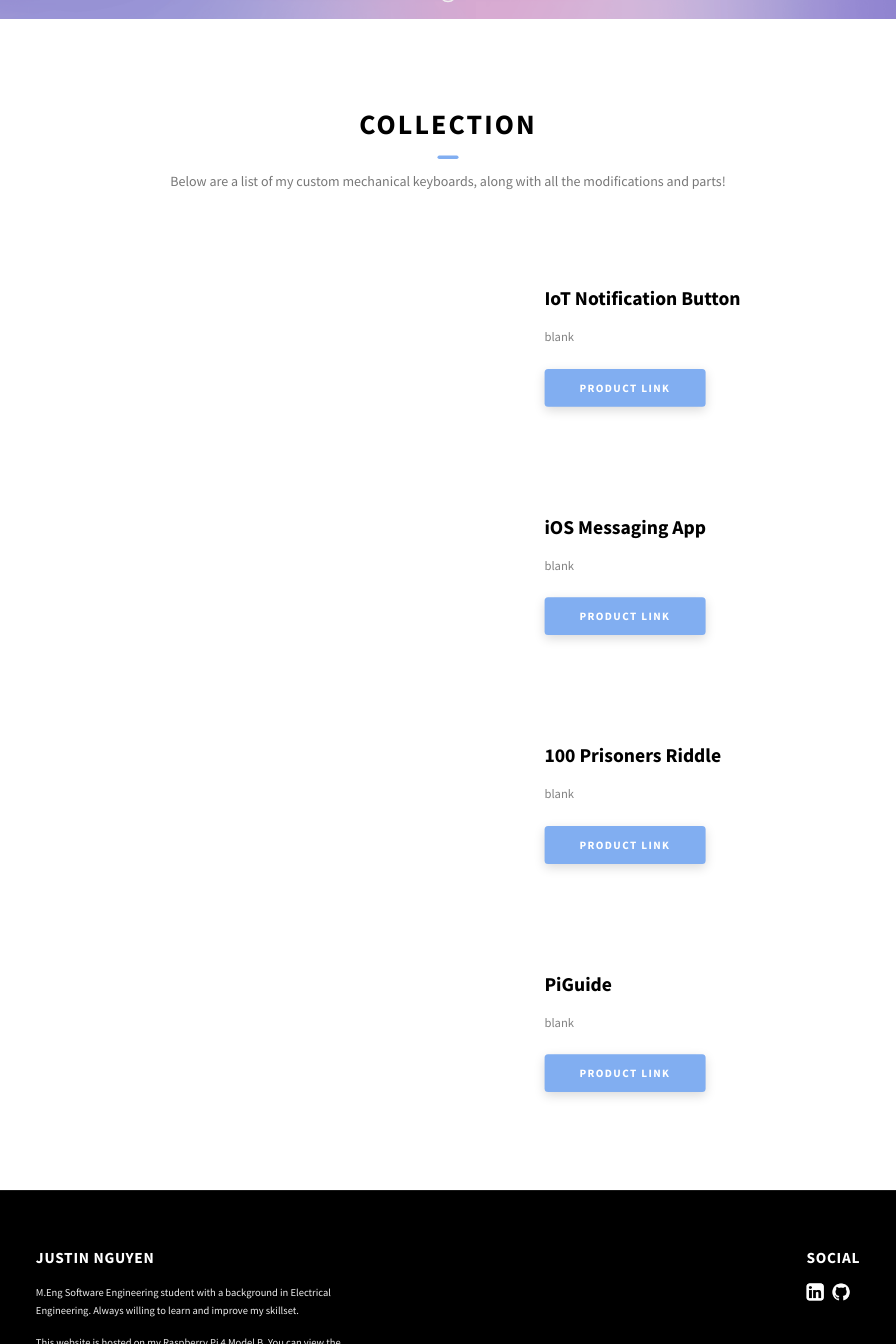
Repository: justinknguyen/Personal-Portfolio
Page: keyboards.html
These files come from the project's save history. The page is drawn as it stood at one moment and after the next save; the edit follows.
The browser window is 1280 px wide. The pictures show the part of the page from y = 773 to 2693 px (the page is 2933 px tall before and 2965 px after), at 70% of full size.
The style sheet was rebuilt from its Sass, Less or Tailwind sources for each picture, by a compiler version that may differ from the author's.

Above is the page before, as saved 2022-09-10 17:02:57.
Console error: TypeError: Cannot read properties of undefined (reading 'style')

After the next save:
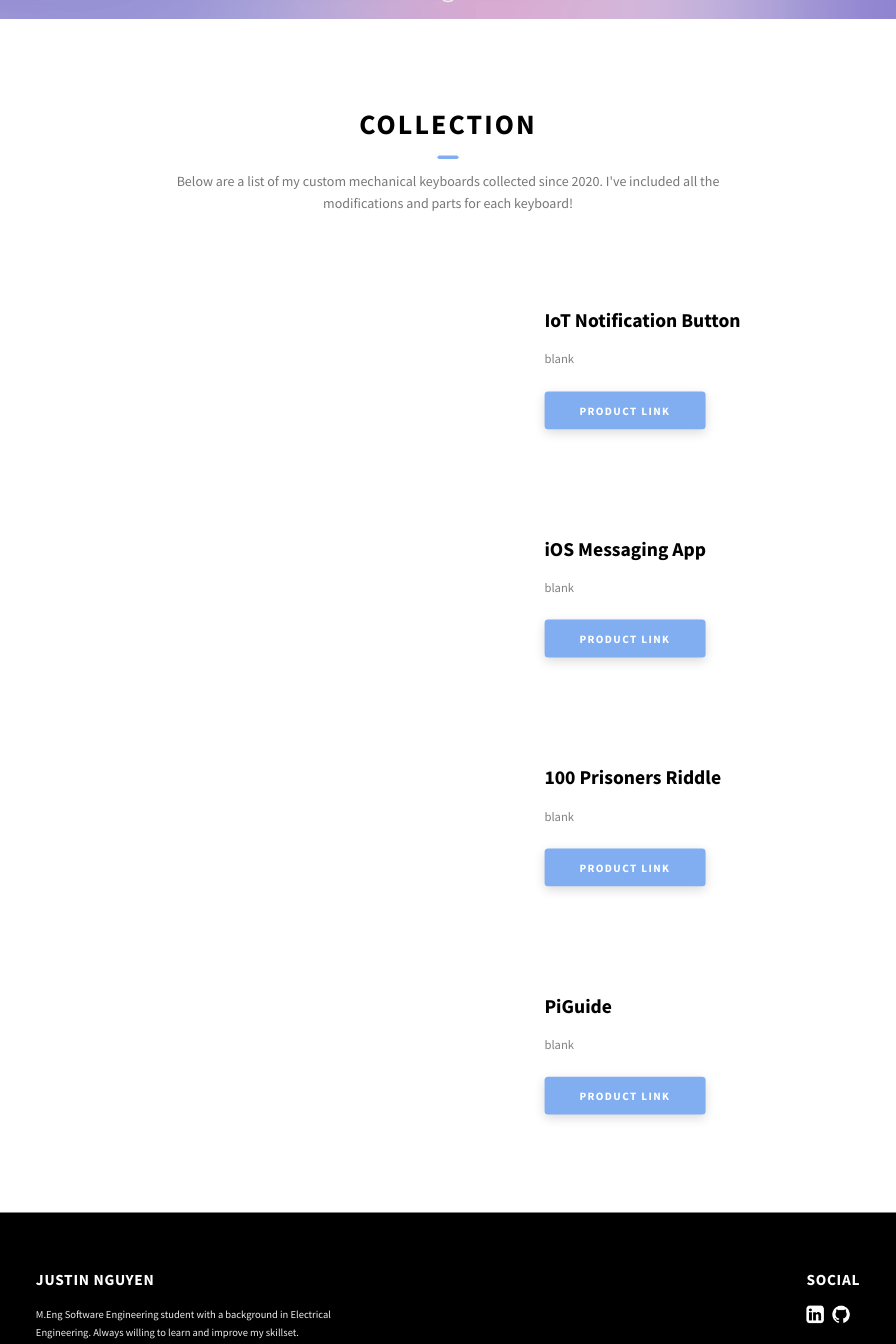
Saved 58 s later.
--- a/keyboards.html
+++ b/keyboards.html
@@ -128,7 +128,8 @@
           <h2 class="heading heading-sec heading-sec__mb-bg">
             <span class="heading-sec__main">Collection</span>
             <span class="heading-sec__sub">
-              Below are a list of my custom mechanical keyboards, along with all the modifications and parts!
+              Below are a list of my custom mechanical keyboards collected since 2020.
+              I've included all the modifications and parts for each keyboard!
             </span>
           </h2>
 
